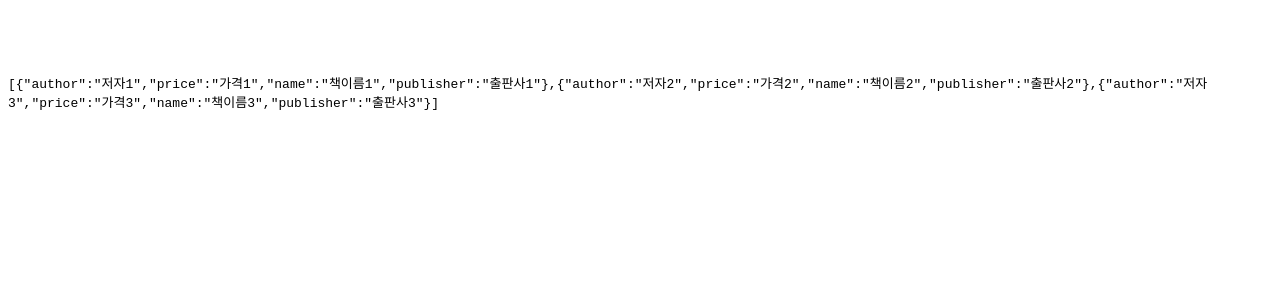
Repository: popconnect/jQuery
Page: http://localhost/AjaxEx01/Json3.jsp
These files come from the project's save history. The page is drawn as it stood at one moment and after the next save; the edit follows.
The browser window is 1280 px wide. The pictures show the whole page.
The page is served by Tomcat 9. Other server files are loaded and not shown.

Above is the page before, as saved 2023-05-12 02:43:28.

### AjaxEx01/src/main/webapp/Json3.jsp
<%@ page language="java" contentType="text/plane; charset=UTF-8"
    pageEncoding="UTF-8"%>
<%@ page import="org.json.simple.JSONArray" %>
<%@ page import="org.json.simple.JSONObject" %>

<%
	JSONArray arr = new JSONArray();
	for( int i = 1; i<=3; i++) {
		JSONObject obj = new JSONObject();
		obj.put("name", "책이름"+i);
		obj.put("publisher", "출판사"+i);
		obj.put("author", "저자"+i);
		obj.put("price", "가격"+i);

		arr.add(obj);
	}
	out.print(arr);
%>

After the next save:
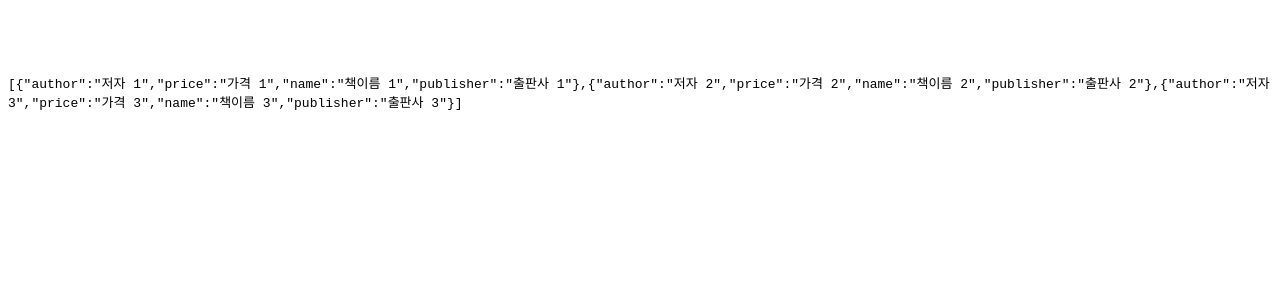
Saved 9 s later.
--- a/AjaxEx01/src/main/webapp/Json3.jsp
+++ b/AjaxEx01/src/main/webapp/Json3.jsp
@@ -7,10 +7,10 @@
 	JSONArray arr = new JSONArray();
 	for( int i = 1; i<=3; i++) {
 		JSONObject obj = new JSONObject();
-		obj.put("name", "책이름"+i);
-		obj.put("publisher", "출판사"+i);
-		obj.put("author", "저자"+i);
-		obj.put("price", "가격"+i);
+		obj.put("name", "책이름 "+i);
+		obj.put("publisher", "출판사 "+i);
+		obj.put("author", "저자 "+i);
+		obj.put("price", "가격 "+i);
 
 		arr.add(obj);
 	}
